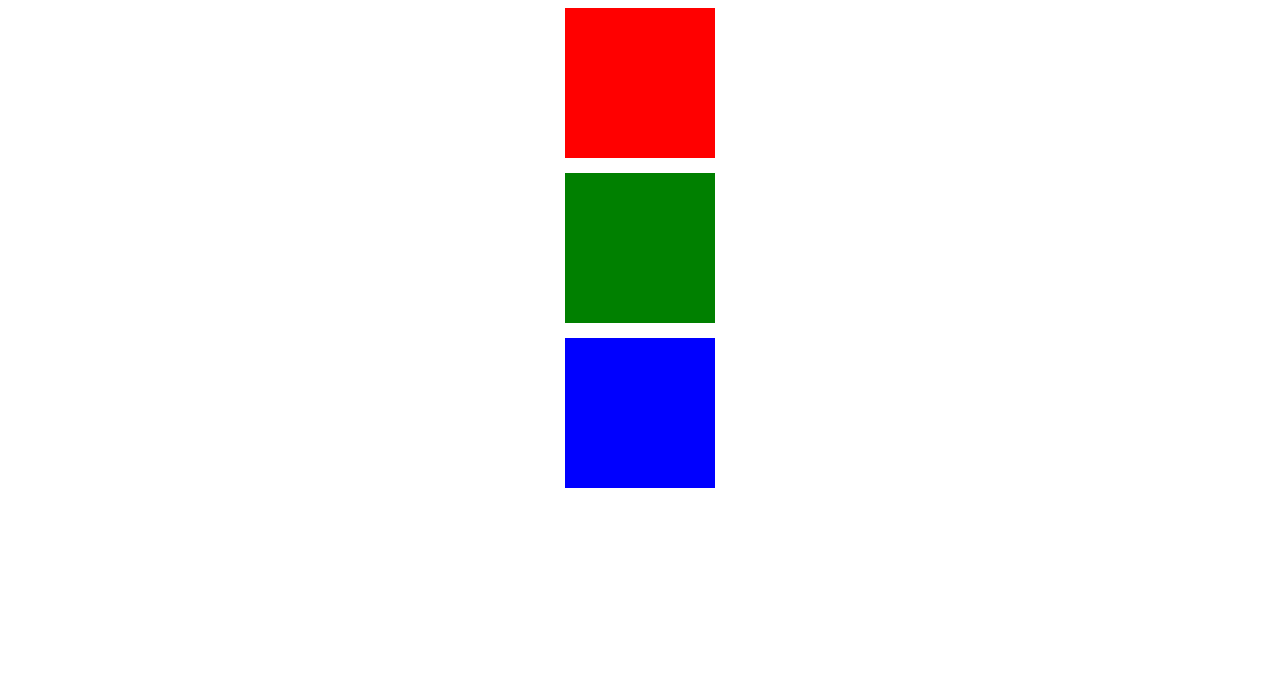
Repository: magdaf41/CSS
Page: zadanie_3/index.html
These files come from the project's save history. The page is drawn as it stood at one moment and after the next save; the edit follows.
The browser window is 1280 px wide. The pictures show the whole page.
The pointer rests on the first visible `.blue`.

Above is the page before, as saved 2020-08-23 10:03:45.

### zadanie_3/index.html
<!DOCTYPE html>
<html lang="en">
<head>
    <meta charset="UTF-8">
    <meta name="viewport" content="width=device-width, initial-scale=1.0">
    <title>Transition</title>

    <link rel="stylesheet" href="css/style.css">
</head>
<body>
    <div class="box red"></div>
    <div class="box green"></div>
    <div class="box blue"></div>
</body>
</html>

### zadanie_3/css/style.css
.box{
    height: 150px;
    width: 150px;
    margin: auto;
    margin-bottom: 15px;
}

.red{
    background-color: red;
    transition: all 2s;
}

.green{
    background-color: green;
    transition: all 2s;
}

.blue{
    background-color: blue;
}

.red:hover{
    width: 300px;
}

.green:hover{
    height: 300px;
}

After the next save:
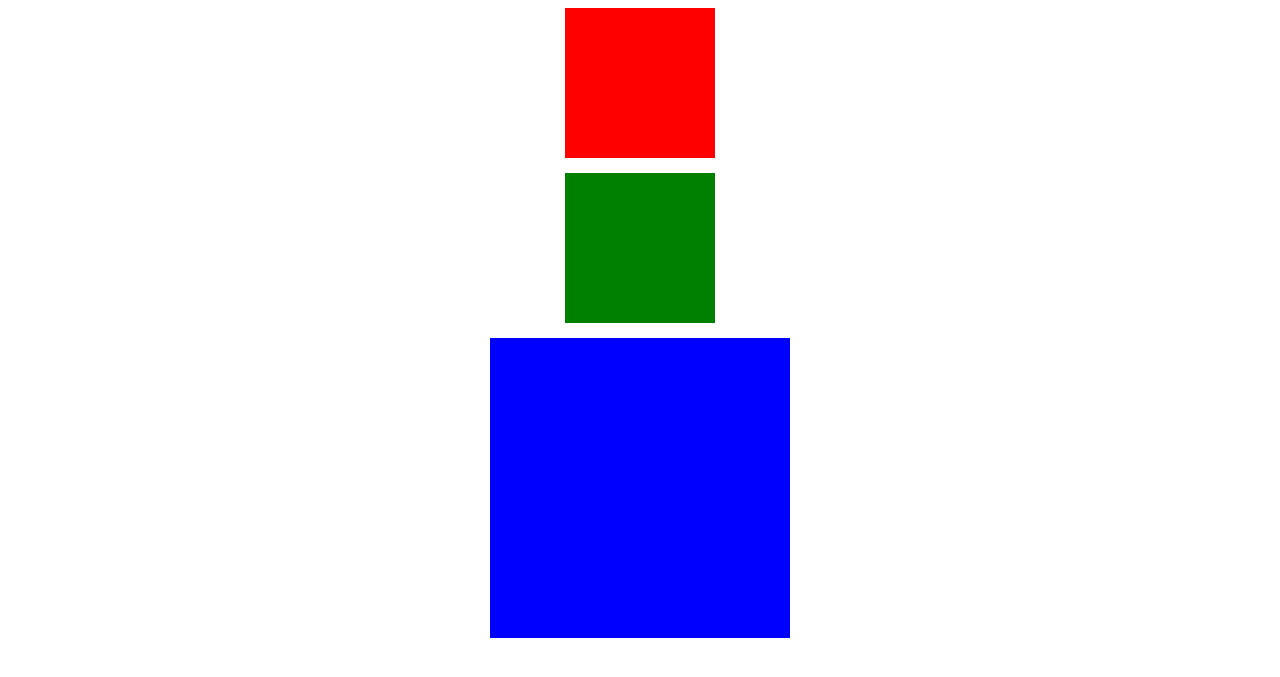
Saved 47 s later.
--- a/zadanie_3/css/style.css
+++ b/zadanie_3/css/style.css
@@ -26,3 +26,8 @@
 .green:hover{
     height: 300px;
 }
+
+.blue:hover{
+    height: 300px;
+    width: 300px;
+}
